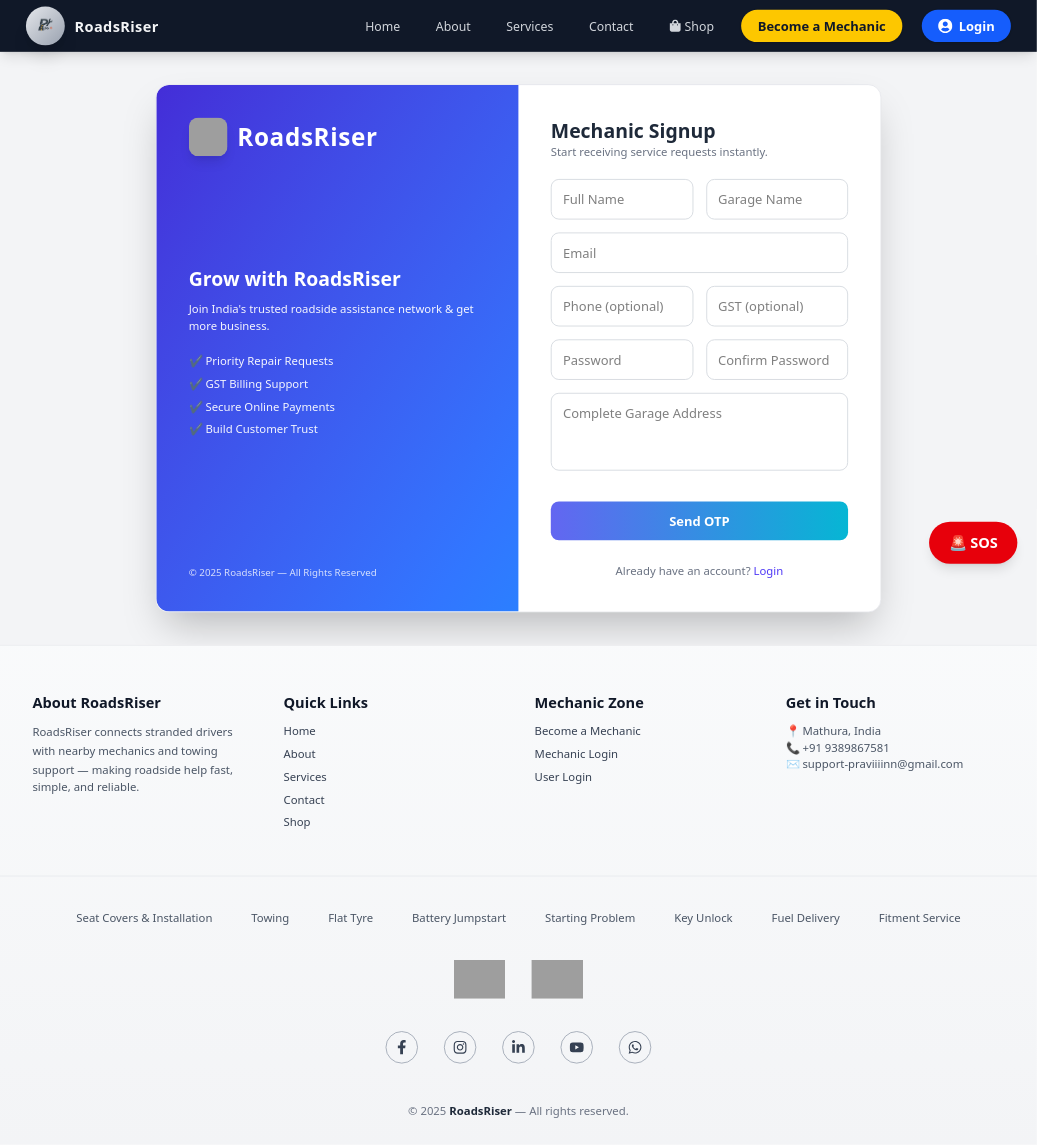
Repository: pravin-8859/ROADSRISER-APP
Page: /auth/mechanic/signup (app in frontend/)
An editor plug-in stored every save of this project. The page is shown before and after a run of saves, followed by the edit.
The browser window is 1280 px wide. The pictures show the whole page, at 81% of full size.
Pictures or frames that could not be fetched are drawn as grey boxes. The page's requests for data from a server got no answer. The project was rebuilt for these pictures with package versions that can differ from the ones it lists, and the page was loaded fresh each time. No one was signed in, and anything a server would have sent is missing. Also part of the build but not shown: frontend/vite.config.js, frontend/src/components/MainSection.jsx, frontend/src/pages/Home.jsx, frontend/src/pages/MechanicSearch.jsx, frontend/src/pages/user/RequestHelp.jsx, frontend/src/pages/Shop.jsx, frontend/src/pages/About.jsx, frontend/src/pages/Services.jsx and 13 more.

Above is the page before, as saved 2025-12-06 21:57:42.

### frontend/src/App.jsx

import React from "react";
import { BrowserRouter as Router, Routes, Route, Navigate } from "react-router-dom";
import Navbar from "./components/Navbar";
import Footer from "./components/Footer";
import Home from "./pages/Home"; // keep if exists
import MechanicSearch from "./pages/MechanicSearch";
import RequestHelp from "./pages/user/RequestHelp";
import Shop from "./pages/Shop";
import About from "./pages/About";
import Services from "./pages/Services";
import Contact from "./pages/Contact";
import UserSignup from "./pages/UserSignup";
import UserLogin from "./pages/UserLogin";
import DashboardUser from "./pages/user/DashboardUser";
import MechanicSignup from "./pages/MechanicSignup";
import MechanicLogin from "./pages/MechanicLogin";
import DashboardMechanic from "./pages/DashboardMechanic"; // full mechanic dashboard demo
import ForgotPassword from "./pages/ForgotPassword";
import ResetPassword from "./pages/ResetPassword";
import ScrollToTop from "./components/ScrollToTop";
import SOSButton from "./components/SOSButton";


const handleHelpRequest = (data) => {
  console.log("Help Request Submitted:", data);
  // TODO: call API here
  // axios.post("/api/request/create", data)
};




export default function App() {
  return (
    <Router>
      <Navbar />
      <div className="pt-16">
        <ScrollToTop />
        <Routes>
          <Route path="/user/signup" element={<UserSignup />} />
          <Route path="/user/login" element={<UserLogin />} />
          <Route path="/user/dashboard" element={<DashboardUser />} />
          <Route path="/auth/mechanic/signup" element={<MechanicSignup />} />
          <Route path="/auth/mechanic/login" element={<MechanicLogin />} />
          <Route path="/mechanic/dashboard" element={<DashboardMechanic />} />
          <Route path="/forgot-password" element={<ForgotPassword />} />
          <Route path="/reset-password/:token" element={<ResetPassword />} />
          <Route path="/about" element={<About />} />
          <Route path="/services" element={<Services />} />
          <Route path="/contact" element={<Contact />} />
          <Route path="/shop" element={<Shop />} />
          <Route path="/mechanic-search" element={<MechanicSearch />} />
          <Route
  path="/request-help"
  element={<RequestHelp onSubmit={handleHelpRequest} />}
/>


          <Route path="/" element={<Home />} />
          <Route path="*" element={<Navigate to="/user/login" />} />
        </Routes>
        <Footer />
        <SOSButton />
      </div>
    </Router>
  );
}

### frontend/src/components/Footer.jsx
import { Link } from "react-router-dom";
import {
  FaFacebookF,
  FaInstagram,
  FaLinkedinIn,
  FaYoutube,
  FaWhatsapp,
} from "react-icons/fa";

export default function Footer() {
  return (
    <footer className="relative bg-gradient-to-b from-gray-50 to-gray-100 dark:from-gray-900 dark:to-gray-950 text-gray-700 dark:text-gray-300 border-t border-gray-200 dark:border-gray-800 transition-colors duration-500">

      {/* 🌟 TOP SECTION */}
      <div className="max-w-7xl mx-auto px-6 sm:px-8 lg:px-10 py-14
                      grid grid-cols-1 sm:grid-cols-4 gap-10">

        {/* About */}
        <div>
          <h2 className="text-lg font-semibold text-gray-900 dark:text-white mb-3">
            About RoadsRiser
          </h2>
          <p className="text-sm leading-relaxed text-gray-600 dark:text-gray-400">
            RoadsRiser connects stranded drivers with nearby mechanics and towing
            support — making roadside help fast, simple, and reliable.
          </p>
        </div>

        {/* Quick Links */}
        <div>
          <h2 className="text-lg font-semibold text-gray-900 dark:text-white mb-3">
            Quick Links
          </h2>
          <ul className="space-y-2 text-sm">
            {[
              { to: "/", label: "Home" },
              { to: "/about", label: "About" },
              { to: "/services", label: "Services" },
              { to: "/contact", label: "Contact" },
              { to: "/shop", label: "Shop" },
            ].map((link, i) => (
              <li key={i}>
                <Link
                  to={link.to}
                  className="hover:text-indigo-600 dark:hover:text-indigo-400 transition-colors duration-300"
                >
                  {link.label}
                </Link>
              </li>
            ))}
          </ul>
        </div>

        {/* ⭐ NEW: Mechanic Zone (ADDED ONLY THIS SECTION) */}
        <div>
          <h2 className="text-lg font-semibold text-gray-900 dark:text-white mb-3">
            Mechanic Zone
          </h2>

          <ul className="space-y-2 text-sm">
            <li>
              <Link
                to="/auth/mechanic/signup"
                className="hover:text-indigo-600 dark:hover:text-indigo-400 transition-colors duration-300"
              >
                Become a Mechanic
              </Link>
            </li>

            <li>
              <Link
                to="/auth/mechanic/login"
                className="hover:text-indigo-600 dark:hover:text-indigo-400 transition-colors duration-300"
              >
                Mechanic Login
              </Link>
            </li>

            <li>
              <Link
                to="/auth/user/login"
                className="hover:text-indigo-600 dark:hover:text-indigo-400 transition-colors duration-300"
              >
                User Login
              </Link>
            </li>
          </ul>
        </div>

        {/* Contact Info */}
        <div>
          <h2 className="text-lg font-semibold text-gray-900 dark:text-white mb-3">
            Get in Touch
          </h2>
          <p className="text-sm text-gray-600 dark:text-gray-400">📍 Mathura, India</p>
          <p className="text-sm text-gray-600 dark:text-gray-400">📞 +91 9389867581</p>
          <p className="text-sm text-gray-600 dark:text-gray-400">✉️ support-praviiiinn@gmail.com</p>
        </div>

      </div>

      {/* 🌟 SERVICES + SOCIALS SECTION */}
      <div className="max-w-7xl mx-auto px-6 sm:px-8 lg:px-10 border-t border-gray-200 dark:border-gray-700 pt-10 pb-8 text-center">

        {/* Services Row */}
        <div className="flex flex-wrap justify-center gap-x-6 gap-y-3 md:gap-x-12
                        text-sm font-medium text-gray-600 dark:text-gray-400 mb-10 leading-relaxed">
          {[
            "Seat Covers & Installation",
            "Towing",
            "Flat Tyre",
            "Battery Jumpstart",
            "Starting Problem",
            "Key Unlock",
            "Fuel Delivery",
            "Fitment Service",
          ].map((service, i) => (
            <span
              key={i}
              className="hover:text-indigo-600 dark:hover:text-indigo-400 transition duration-300 cursor-default"
            >
              {service}
            </span>
          ))}
        </div>

        {/* App Store Buttons */}
        <div className="flex flex-wrap justify-center items-center gap-8 mb-10">
          <a
            href="https://www.apple.com/in/app-store/"
            target="_blank"
            rel="noopener noreferrer"
            className="hover:scale-105 transition-transform duration-300"
          >
            <img
              src="https://developer.apple.com/assets/elements/badges/download-on-the-app-store.svg"
              alt="Download on the App Store"
              className="h-10 md:h-12 filter dark:brightness-90"
            />
          </a>

          <a
            href="https://play.google.com/store"
            target="_blank"
            rel="noopener noreferrer"
            className="hover:scale-105 transition-transform duration-300"
          >
            <img
              src="https://upload.wikimedia.org/wikipedia/commons/7/78/Google_Play_Store_badge_EN.svg"
              alt="Get it on Google Play"
              className="h-10 md:h-12 filter dark:brightness-90"
            />
          </a>
        </div>

        {/* Social Icons */}
        <div className="flex justify-center items-center gap-6 md:gap-8 mb-8">
          {[
            { icon: <FaFacebookF />, link: "https://facebook.com" },
            { icon: <FaInstagram />, link: "https://instagram.com" },
            { icon: <FaLinkedinIn />, link: "https://linkedin.com" },
            { icon: <FaYoutube />, link: "https://youtube.com" },
            { icon: <FaWhatsapp />, link: "https://wa.me/9389867581" },
          ].map((s, i) => (
            <a
              key={i}
              href={s.link}
              target="_blank"
              rel="noopener noreferrer"
              className="w-10 h-10 flex items-center justify-center rounded-full border
                         border-gray-400 dark:border-gray-600 text-gray-700 dark:text-gray-300
                         hover:text-white hover:bg-indigo-600 hover:border-indigo-600
                         transition-all duration-300 text-lg"
            >
              {s.icon}
            </a>
          ))}
        </div>

        {/* COPYRIGHT */}
        <div className="text-center text-sm text-gray-500 dark:text-gray-400 pt-4 border-top border-gray-200 dark:border-gray-700 mt-6">
          © {new Date().getFullYear()}{" "}
          <span className="font-semibold text-gray-800 dark:text-gray-200">
            RoadsRiser
          </span>{" "}
          — All rights reserved.
        </div>
      </div>
    </footer>
  );
}

### frontend/src/pages/MechanicSignup.jsx
// src/pages/MechanicSignup.jsx
import React, { useState } from "react";
import { sendOtp, registerMechanic } from "../api/mechanicApi";
import { useNavigate } from "react-router-dom";

export default function MechanicSignup() {
  const nav = useNavigate();
  const [step, setStep] = useState(1);
  const [loading, setLoading] = useState(false);
  const [serverOtp, setServerOtp] = useState(null);

  const [form, setForm] = useState({
    name: "",
    email: "",
    password: "",
    confirmPassword: "",
    phone: "",
    gst: "",
    garageName: "",
    address: "",
    otp: "",
  });
  const [error, setError] = useState("");

  const handle = (k, v) => {
    setForm((s) => ({ ...s, [k]: v }));
    setError("");
  };

  const validateStep1 = () => {
    if (!form.name.trim()) return "Enter your name";
    if (!/^\S+@\S+\.\S+$/.test(form.email)) return "Enter a valid email";
    if (form.password.length < 6) return "Password must be at least 6 characters";
    if (form.password !== form.confirmPassword) return "Passwords do not match";
    if (form.gst && !/^[0-9A-Z]{15}$/.test(form.gst.trim())) return "GST should be 15 characters";
    return null;
  };

  const handleSendOtp = async () => {
    const errMsg = validateStep1();
    if (errMsg) return setError(errMsg);

    try {
      setLoading(true);
      const res = await sendOtp({ email: form.email.trim() });
      setServerOtp(res?.data?.debugOtp || null);
      setStep(2);
    } catch (e) {
      setError(e?.response?.data?.message || "Failed to send OTP.");
    } finally {
      setLoading(false);
    }
  };

  const handleVerifyAndRegister = async () => {
    if (!form.otp.trim()) return setError("Enter OTP");

    try {
      setLoading(true);

      const payload = {
        name: form.name.trim(),
        email: form.email.trim(),
        password: form.password,
        gst: form.gst.trim(),
        garageName: form.garageName.trim(),
        address: form.address.trim(),
        otp: form.otp.trim(),
      };

      if (/^\d{10}$/.test(form.phone.trim())) {
        payload.phone = form.phone.trim();
      }

      const res = await registerMechanic(payload);

      const token = res.data?.token || res.data?.accessToken;
      if (token) localStorage.setItem("accessToken", token);
      localStorage.setItem("role", "mechanic");

      nav("/mechanic/dashboard");
    } catch (e) {
      setError(e?.response?.data?.message || "Signup failed.");
    } finally {
      setLoading(false);
    }
  };

  return (
    <div className="min-h-screen bg-gray-100 dark:bg-gray-900 flex justify-center items-center px-4 py-10">

      {/* CARD */}
      <div className="max-w-4xl w-full bg-white dark:bg-gray-800 shadow-2xl rounded-2xl overflow-hidden border border-gray-200 dark:border-gray-700">

        <div className="grid grid-cols-1 md:grid-cols-2">

          {/* LEFT SIDE - BRAND PANEL */}
          <div className="hidden md:flex flex-col justify-between bg-gradient-to-br from-indigo-700 to-blue-500 text-white p-10 rounded-l-2xl">

            <div className="flex items-center gap-3">
              <img src="/logo.png" alt="RoadsRiser" className="w-12 h-12 rounded-xl shadow-lg" />
              <h2 className="text-3xl font-bold tracking-wide">RoadsRiser</h2>
            </div>

            <div>
              <h3 className="text-2xl font-semibold mt-4 mb-3">Grow with RoadsRiser</h3>
              <p className="text-sm opacity-95 mb-6">
                Join India's trusted roadside assistance network & get more business.
              </p>

              <ul className="space-y-2 text-sm opacity-95">
                <li>✔ Priority Repair Requests</li>
                <li>✔ GST Billing Support</li>
                <li>✔ Secure Online Payments</li>
                <li>✔ Build Customer Trust</li>
              </ul>
            </div>

            <p className="text-xs opacity-80 mt-10">
              © 2025 RoadsRiser — All Rights Reserved
            </p>
          </div>

          {/* RIGHT SIDE - FORM */}
          <div className="p-8 md:p-10">
            <h1 className="text-2xl font-semibold text-gray-800 dark:text-gray-100">Mechanic Signup</h1>
            <p className="text-sm text-gray-500 dark:text-gray-400 mb-6">Start receiving service requests instantly.</p>

            {error && <p className="text-red-500 text-sm mb-4 font-medium">{error}</p>}

            {/* STEP 1 */}
            {step === 1 && (
              <div className="space-y-4">

                <div className="grid grid-cols-1 md:grid-cols-2 gap-4">
                  <input className="input" placeholder="Full Name" value={form.name} onChange={(e)=>handle("name", e.target.value)} />
                  <input className="input" placeholder="Garage Name" value={form.garageName} onChange={(e)=>handle("garageName", e.target.value)} />
                </div>

                <input className="input" placeholder="Email" type="email" value={form.email} onChange={(e)=>handle("email", e.target.value)} />

                <div className="grid grid-cols-1 md:grid-cols-2 gap-4">
                  <input className="input" placeholder="Phone (optional)" value={form.phone} onChange={(e)=>handle("phone", e.target.value)} />
                  <input className="input" placeholder="GST (optional)" value={form.gst} onChange={(e)=>handle("gst", e.target.value)} />
                </div>

                <div className="grid grid-cols-1 md:grid-cols-2 gap-4">
                  <input className="input" type="password" placeholder="Password" value={form.password} onChange={(e)=>handle("password", e.target.value)} />
                  <input className="input" type="password" placeholder="Confirm Password" value={form.confirmPassword} onChange={(e)=>handle("confirmPassword", e.target.value)} />
                </div>

                <textarea className="input h-24 resize-none" placeholder="Complete Garage Address" value={form.address} onChange={(e)=>handle("address", e.target.value)} />

                <button onClick={handleSendOtp} disabled={loading} className="btn w-full mt-4">
                  {loading ? "Sending OTP..." : "Send OTP"}
                </button>

                <p className="text-sm text-gray-500 text-center mt-3">
                  Already have an account?{" "}
                  <span onClick={()=>nav("/auth/mechanic/login")} className="text-indigo-600 font-medium cursor-pointer">
                    Login
                  </span>
                </p>

              </div>
            )}

            {/* STEP 2 */}
            {step === 2 && (
              <div className="space-y-4">

                <p className="text-gray-600 dark:text-gray-400 text-sm">
                  OTP sent to <strong>{form.email}</strong>
                </p>

                <div className="flex gap-3">
                  <input className="input" placeholder="Enter OTP" value={form.otp} onChange={(e)=>handle("otp", e.target.value)} />
                  <button onClick={()=>setStep(1)} className="px-4 py-2 border rounded-lg dark:border-gray-600">
                    Edit
                  </button>
                </div>

                <button className="btn w-full" onClick={handleVerifyAndRegister}>
                  {loading ? "Creating Account..." : "Verify & Create Account"}
                </button>

                <button onClick={handleSendOtp} className="w-full text-sm mt-2 text-indigo-500">
                  Resend OTP
                </button>

                {serverOtp && (
                  <p className="text-xs text-gray-500 mt-2">DEBUG OTP: {serverOtp}</p>
                )}

                <p className="text-sm text-gray-500 text-center mt-3">
                  Already registered?{" "}
                  <span onClick={()=>nav("/auth/mechanic/login")} className="text-indigo-600 font-medium cursor-pointer">
                    Login
                  </span>
                </p>
              </div>
            )}

          </div>
        </div>
      </div>

      <style>{`
        .input {
          width: 100%;
          padding: 12px 14px;
          border-radius: 10px;
          border: 1px solid #d1d5db;
          background: transparent;
          color: inherit;
        }
        .input:focus {
          border-color: #6366f1;
          outline: none;
        }
        .btn {
          background: linear-gradient(90deg, #6366f1, #06b6d4);
          padding: 12px 14px;
          border-radius: 10px;
          font-weight: 600;
          color: white;
        }
      `}</style>
    </div>
  );
}

### frontend/src/components/ScrollToTop.jsx
import { useEffect } from "react";
import { useLocation } from "react-router-dom";

export default function ScrollToTop() {
  const { pathname } = useLocation();

  useEffect(() => {
    window.scrollTo({
      top: 0,
      behavior: "smooth", // ya "auto" agar instant jump chahiye
    });
  }, [pathname]);

  return null;
}

### frontend/src/components/SOSButton.jsx
import { useState } from "react";
import { useNavigate } from "react-router-dom";

export default function SOSButton() {
  const [loading, setLoading] = useState(false);
  const [message, setMessage] = useState("");
  const navigate = useNavigate();

  // Example: token check (you can replace with your auth state or context)
  const isLoggedIn = !!localStorage.getItem("token"); // token stored on login

  const sendSOS = async () => {
    if (!isLoggedIn) {
      alert("⚠️ Please login first to request help.");
      navigate("/auth"); // redirect to login/signup page
      return;
    }

    setLoading(true);
    setMessage("");

    try {
      // Optionally, get live location
      navigator.geolocation.getCurrentPosition(async (pos) => {
        const { latitude, longitude } = pos.coords;

        const response = await fetch("http://localhost:5000/api/report/sos", {
          method: "POST",
          headers: {
            "Content-Type": "application/json",
            Authorization: `Bearer ${localStorage.getItem("token")}`,
          },
          body: JSON.stringify({
            latitude,
            longitude,
            type: "Emergency SOS",
          }),
        });

        if (response.ok) {
          setMessage("🚨 SOS request sent successfully!");
        } else {
          setMessage("❌ Failed to send SOS request.");
        }
        setLoading(false);
      });
    } catch (err) {
      setMessage("⚠️ Error getting location or sending request.");
      setLoading(false);
    }
  };

  return (
    <>
      {/* Floating SOS Button */}
      <button
        onClick={sendSOS}
        disabled={loading}
        className={`fixed bottom-6 right-6 z-50 px-6 py-3 rounded-full shadow-lg text-white font-bold text-lg transition-all ${
          loading ? "bg-gray-400 cursor-not-allowed" : "bg-red-600 hover:bg-red-700"
        }`}
      >
        {loading ? "Sending..." : "🚨 SOS"}
      </button>

      {/* Response message */}
      {message && (
        <div className="fixed bottom-20 right-6 bg-white border border-gray-300 shadow-md p-3 rounded-md text-gray-800 text-sm">
          {message}
        </div>
      )}
    </>
  );
}

Loaded but not shown: frontend/index.html (common file); frontend/src/main.jsx (common file); frontend/src/index.css (common file); frontend/src/api/mechanicApi.js (49 lines, source omitted); frontend/src/components/Navbar.jsx (263 lines, source omitted)

After the next 2 saves:
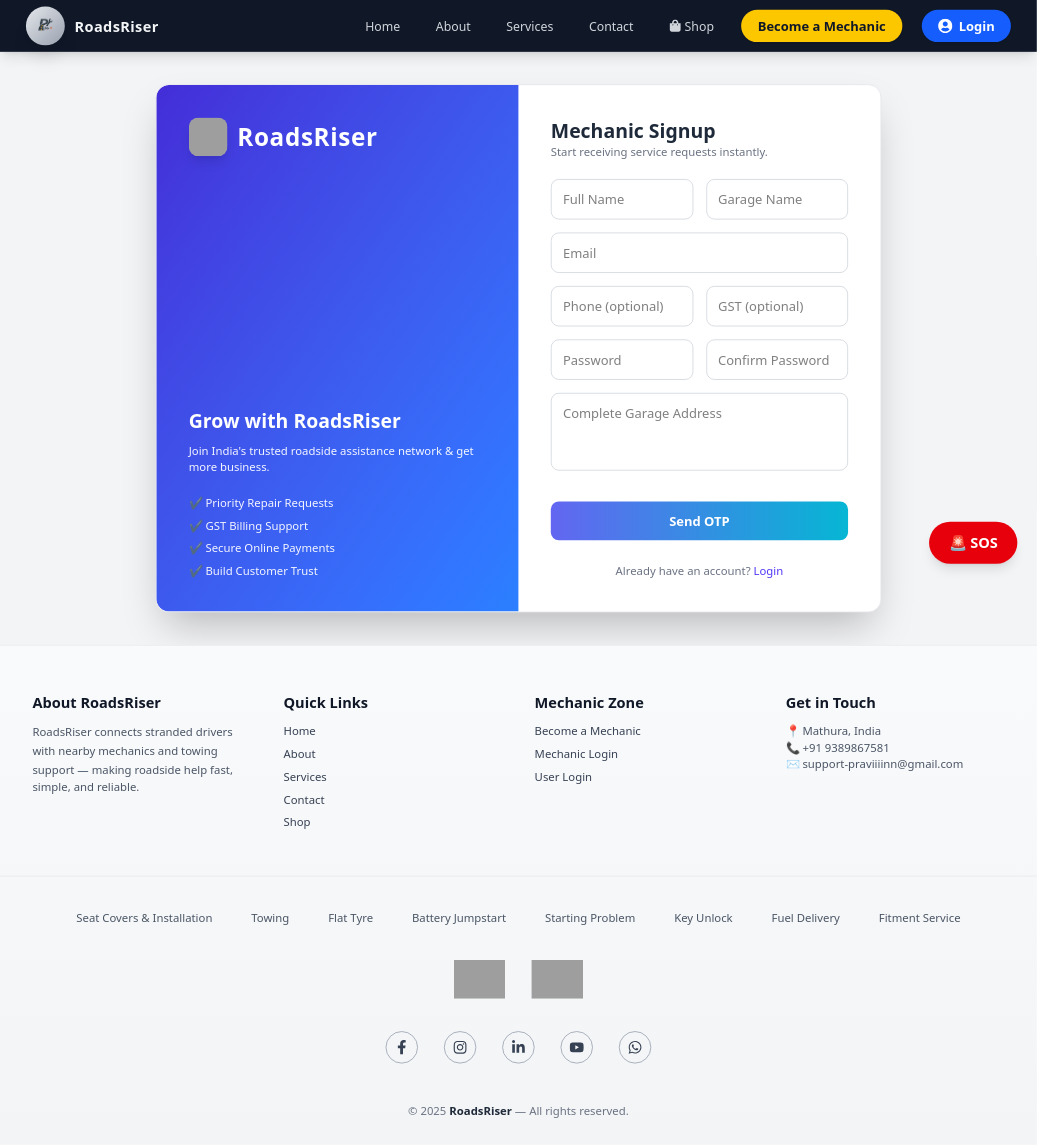
The 2 saves are shown as one change because they came seconds apart.
The last was saved 92 s later.
--- a/frontend/src/pages/MechanicSignup.jsx
+++ b/frontend/src/pages/MechanicSignup.jsx
@@ -115,10 +115,6 @@ export default function MechanicSignup() {
                 <li>✔ Build Customer Trust</li>
               </ul>
             </div>
-
-            <p className="text-xs opacity-80 mt-10">
-              © 2025 RoadsRiser — All Rights Reserved
-            </p>
           </div>
 
           {/* RIGHT SIDE - FORM */}
